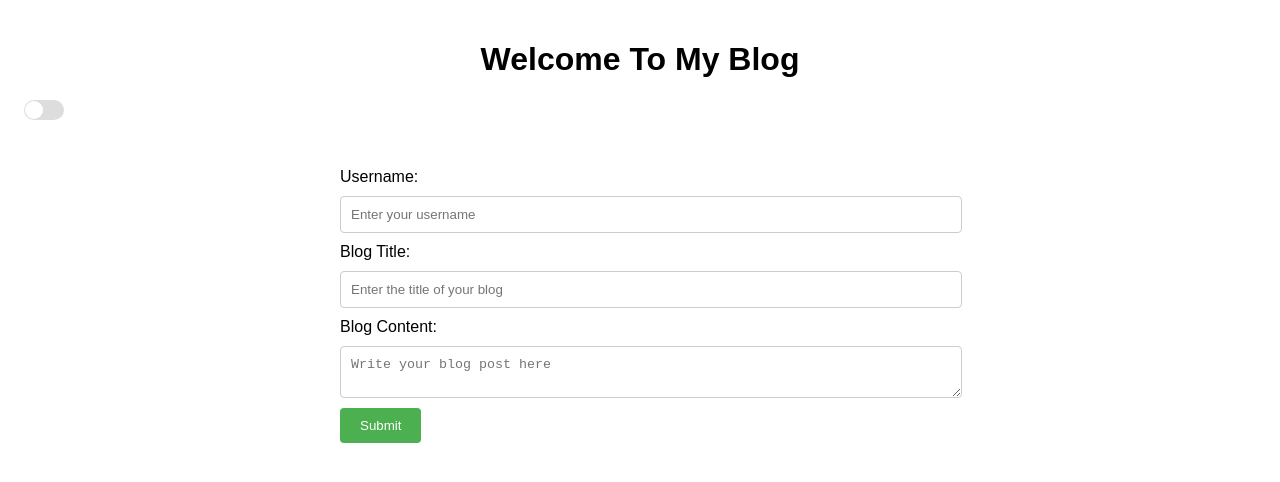
Repository: PaigeC001/WeatherOutlookTracker
Page: Challenge-4/index.html
The author's editor kept a copy of each file at every save. The page is drawn from the files as they stood at one save, then again after the next save.
The browser window is 1280 px wide. The pictures show the whole page.

Above is the page before, as saved 2024-06-25 01:08:06.

After the next save:
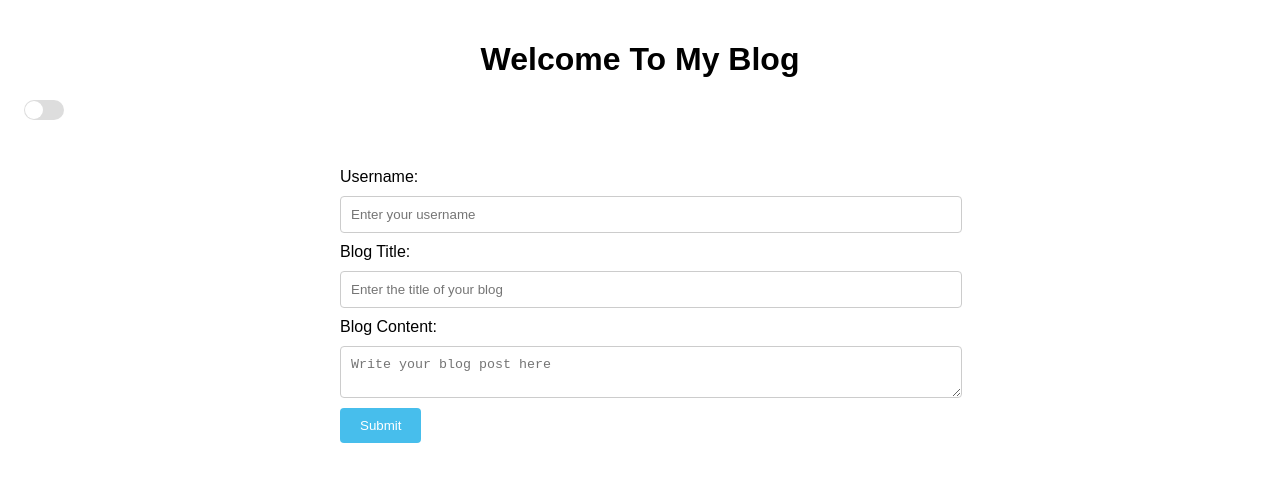
Saved 42 s later.
--- a/Challenge-4/styles.css
+++ b/Challenge-4/styles.css
@@ -30,7 +30,7 @@ textarea {
 
 button {
   padding: 10px 20px;
-  background-color: #4caf50;
+  background-color: #47beec;
   color: #fff;
   border: none;
   border-radius: 4px;
